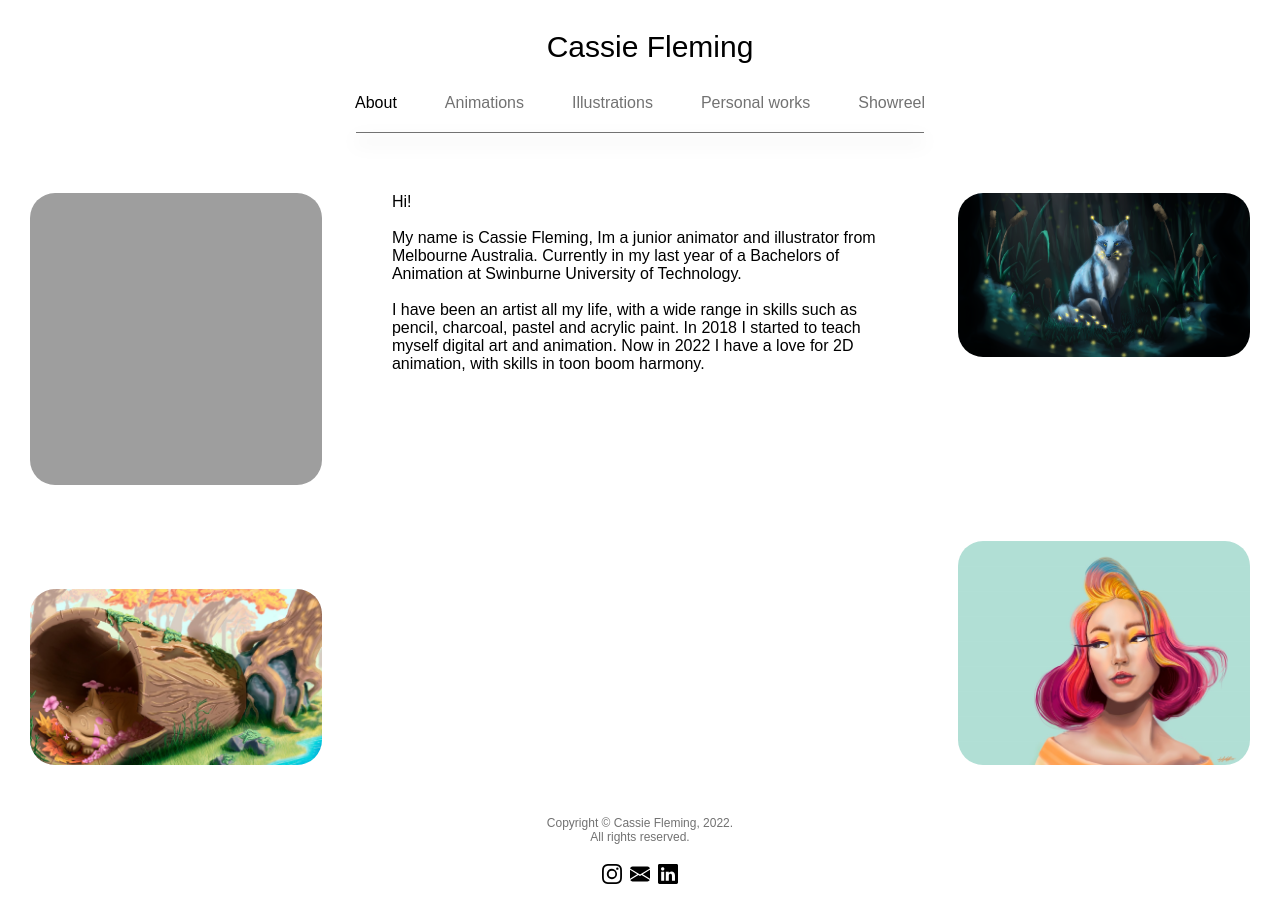
Repository: David-Waite/Cassie-Fleming-portfolio
Page: /
These files come from the project's save history. The page is drawn as it stood at one moment and after the next save; the edit follows.
The browser window is 1280 px wide. The pictures show the whole page.
Pictures or frames that could not be fetched are drawn as grey boxes. Some web fonts or font styles are not loaded; a fallback is used. The project was rebuilt for these pictures with package versions that can differ from the ones it lists, and the page was loaded fresh each time. The framework's server and built-in components were replaced by stand-ins that run in the browser. Also part of the build but not shown: next.config.js.

Above is the page before, as saved 2022-09-13 11:23:05.

### pages/index.js
import Head from "next/head";
import Image from "next/image";
import styles from "../styles/Home.module.css";

export default function Home() {
  return (
    <div className={styles.layout}>
      <div className={`${styles.photoContainer} ${styles.photoContainerLeft}`}>
        <div>
          <Image
            className={styles.photo}
            src="/Cassie.png"
            height={3024}
            width={3024}
            alt="Photo of me, Cassie Fleming"
          />
        </div>
        <div className={styles.photo}>
          <Image
            className={styles.photo}
            src="/cherry blossom.2.jpg"
            height={725}
            width={1200}
            alt="Cherry Blossom covered fox, taking a nap in a hollowed tree log, by the river"
          />
        </div>
      </div>

      <div className={styles.aboutText}>
        Hi!
        <br />
        <br />
        My name is Cassie Fleming, Im a junior animator and illustrator from
        Melbourne Australia. Currently in my last year of a Bachelors of
        Animation at Swinburne University of Technology.
        <br />
        <br /> I have been an artist all my life, with a wide range in skills
        such as pencil, charcoal, pastel and acrylic paint. In 2018 I started to
        teach myself digital art and animation. Now in 2022 I have a love for 2D
        animation, with skills in toon boom harmony.
      </div>
      <div className={styles.photoContainer}>
        <div className={styles.photo}>
          <Image
            className={styles.photo}
            src="/fox.png"
            height={1080}
            width={1920}
            alt="glowing fox"
          />
        </div>
        <div className={styles.photo}>
          <Image
            className={styles.photo}
            src="/Inkedhuman.jpg"
            height={930}
            width={1211}
            alt="girl with cool hair a swaggie eyes"
          />
        </div>
      </div>
    </div>
  );
}

### components/Layout.js
import Link from "next/link";
import { useRouter } from "next/router";
import React, { useState } from "react";
import { Instagram, Linkedin, EnvelopeFill } from "react-bootstrap-icons";

export default function Layout({ children }) {
  const [navClass, setNavClass] = useState("");
  const [copiedEmail, setCopiedEmail] = useState("email-popup");
  const router = useRouter();
  const currentRoute = router.pathname;

  function toggleNav() {
    setNavClass((navClass) => {
      return navClass === "change" ? "" : "change";
    });
  }

  function newPage() {
    setNavClass("");
  }

  function copyEmail() {
    navigator.clipboard.writeText("cassie.fleming2000@gmail.com");
    setTimeout(() => {
      setCopiedEmail("email-popup");
    }, [1000]);

    setCopiedEmail("copied");
  }

  return (
    <div className={`layout ${navClass}`}>
      <header className="header">
        <h1>
          <Link href="/">
            <a>Cassie Fleming</a>
          </Link>
        </h1>

        <div className="navbar-icon" onClick={toggleNav}>
          <div className="bar1"></div>
          <div className="bar2"></div>
          <div className="bar3"></div>
        </div>

        <nav>
          <Link href="/">
            <a
              onClick={newPage}
              className={currentRoute === "/" ? "active" : ""}
            >
              About
            </a>
          </Link>
          <Link href="/animations">
            <a
              onClick={newPage}
              className={currentRoute === "/animations" ? "active" : ""}
            >
              Animations
            </a>
          </Link>
          <Link href="/illustrations">
            <a
              onClick={newPage}
              className={currentRoute === "/illustrations" ? "active" : ""}
            >
              Illustrations
            </a>
          </Link>
          <Link href="/personal-works">
            <a
              onClick={newPage}
              className={currentRoute === "/personalWorks" ? "active" : ""}
            >
              Personal works
            </a>
          </Link>
          <Link href="/showreel">
            <a
              onClick={newPage}
              className={currentRoute === "/showreel" ? "active" : ""}
            >
              Showreel
            </a>
          </Link>
        </nav>
      </header>
      <div className="navbar-line"></div>
      <h2 className="currentPage">
        {currentRoute === "/illustrations"
          ? "Illustrations"
          : currentRoute === "/"
          ? "About"
          : currentRoute === "/animations"
          ? "Animations"
          : currentRoute === "/showreel"
          ? "Showreel"
          : currentRoute === "/personal-work"
          ? "Personal works"
          : ""}
      </h2>

      {children}
      <footer>
        <span className={copiedEmail}>Email copied</span>
        <p className="copyright">Copyright &copy; Cassie Fleming, 2022.</p>
        <p className="copyright">All rights reserved.</p>
        <div className="social">
          <span>
            <Link href="https://www.instagram.com/cass_illustrations/">
              <a target="_blank">
                <Instagram />
              </a>
            </Link>
          </span>
          <div className="email" onClick={copyEmail}>
            <EnvelopeFill />
          </div>
          <span>
            <Link href="http://www.linkedin.com/in/cassie-fleming-500a56204">
              <a target="_blank">
                <Linkedin />
              </a>
            </Link>
          </span>
        </div>
      </footer>
    </div>
  );
}

### styles/globals.css
@import url("https://fonts.googleapis.com/css2?family=Zen+Maru+Gothic:wght@300;400;500;700&display=swap");

* {
  font-family: "Zen Maru Gothic", sans-serif;
  box-sizing: border-box;
  margin: 0;
  padding: 0;
}

.layout {
  margin: 30px 30px 0;
  display: flex;
  flex-direction: column;
  align-items: center;
  position: relative;
  min-height: calc(100vh - 30px);

  padding-bottom: 140px;
  text-align: center;
}

h1 {
  font-weight: 400;
  font-size: 30px;
  margin-bottom: 30px;
  margin-left: 20px;
}

a:hover {
  color: black;
}

a {
  text-decoration: none;
  color: black;
}
.hover {
  color: red;
}

.active {
  color: black;
}

nav a {
  color: #727272;
  margin: 24px;
  font-size: 16px;
}
.navbar-line {
  width: 568px;
  height: 1px;
  background-color: #727272;
  box-shadow: rgba(0, 0, 0, 0.35) 0px 9px 17px;
  margin: 20px 0 60px;
}
.currentPage {
  display: none;
}
footer {
  width: calc(100vw - 40px);
  position: absolute;
  bottom: 0px;
  font-size: 12px;
  color: #727272;
}
/* navBar icon */
.navbar-icon {
  display: none;
  cursor: pointer;
  margin-right: 20px;
}

.bar1,
.bar2,
.bar3 {
  width: 20px;
  height: 3px;
  background-color: #727272;
  margin: 4px 0;
  transition: 0.4s;
  border-radius: 5px;
}

.change .bar1 {
  transform: translate(0, 7px) rotate(-45deg);
}

.change .bar2 {
  opacity: 0;
}

.change .bar3 {
  transform: translate(0, -7px) rotate(45deg);
}

.social {
  width: calc(100vw - 40px);
  display: flex;
  justify-content: center;
  padding: 20px;
}
.copyright {
  width: calc(100vw - 40px);
  margin: 0;
  padding: 0;
}
.social span {
  color: black;
  margin: 0 8px;
  cursor: pointer;
  font-size: 20px;
}

.email {
  cursor: pointer;
  position: relative;
  font-size: 20px;
  color: black;
  z-index: 2;
}
.email-popup {
  transition: 0.5s;
  height: auto;
  position: absolute;
  font-size: 8px;
  font-weight: 400;
  width: 63px;
  left: 58px;
  top: 48.5px;
  background-color: transparent;
  color: transparent;
  border-radius: 5px;
  z-index: 1;
}

.email-popup::after {
  position: absolute;
  content: "";
  z-index: 2;
  top: 11px;
  left: 28px;
  color: transparent;
  transition: 0s;
  border-left: 4px solid transparent;
  border-right: 4px solid transparent;
  border-top: 4px solid transparent;
  z-index: 0;
}
.copied {
  transition: 0.5s;
  height: auto;
  position: absolute;
  font-size: 8px;
  font-weight: 400;
  width: 63px;
  left: 58px;
  top: 42.5px;
  padding: 0 0 2px 0;
  background-color: blue;
  color: #ffffff;
  border-radius: 5px;
  z-index: 1;
}

.copied::after {
  position: absolute;
  content: "";
  z-index: 2;
  top: 13px;
  left: 28px;
  color: transparent;
  border-left: 4px solid transparent;
  border-right: 4px solid transparent;
  border-top: 4px solid blue;
}

@media (max-width: 810px) {
  .layout {
    margin: 20px 20px 0;
    max-width: 100vw;
  }
  header {
    position: relative;
    display: flex;
    align-items: center;
    justify-content: space-between;
    width: 100vw;
  }
  .navbar-icon {
    display: inline-block;
  }
  h1 {
    font-size: 20px;
    margin-bottom: 0;
  }

  nav {
    position: absolute;
    top: 50px;
    display: flex;
    flex-direction: column;
    width: 100vw;
    height: 0px;
    transition: 0.5s;
    z-index: 1;
    background-color: white;
    overflow: hidden;
  }
  nav a {
    display: flex;
    justify-content: center;
    align-items: center;
    margin: 0;
    height: 50px;
  }
  .change nav {
    height: 100vh;
  }
  a:hover {
    background-color: #c4c3c3;
  }

  .navbar-line {
    width: 100vw;
    margin-bottom: 10px;
  }

  .currentPage {
    display: inline;
    margin: 10px 0 20px;
    padding-left: 20px;
    font-weight: 400;
    color: #727272;
    font-size: 16px;
    text-align: left;
    width: 100vw;
  }
  .change .layout {
    margin-top: 20px;
  }
}

p {
  margin: 20px 0;
}
@media (max-width: 1000px) {
}
hr {
  margin: 20px 0 40px;
}

### styles/Home.module.css
.layout {
  display: grid;
  grid-template-columns: 1fr 1.7fr 1fr;
  max-width: 1250px;
  gap: 70px;
}

.aboutText {
  min-width: 300px;
  max-width: 600px;
  text-align: start;
}

.photoContainer {
  display: flex;
  flex-direction: column;
  justify-content: space-between;
  min-width: 200px;
  gap: 100px;
}

.photo {
  border-radius: 25px;
}
.profile {
  display: none;
}

@media (max-width: 1000px) {
  .layout {
    gap: 20px;
  }
}
@media (max-width: 810px) {
  .layout {
    display: inline;
  }
  .photo {
    display: none;
  }
  .photoContainerLeft {
    margin: 0 auto 30px;
    max-width: 400px;
  }
  .aboutText {
    max-width: 400px;
  }
}

Loaded but not shown: pages/_app.js (common file)

After the next save:
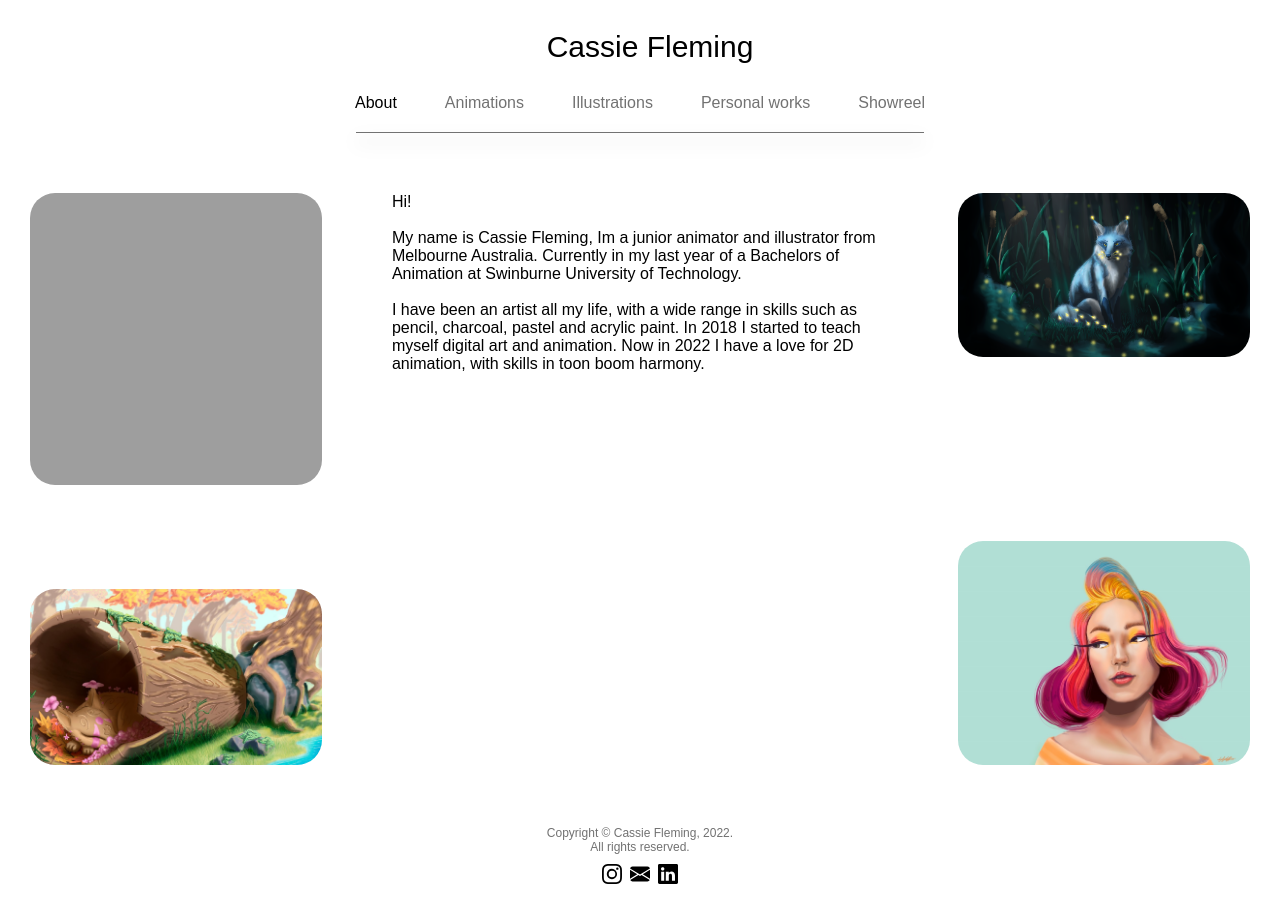
Saved 27 s later.
--- a/styles/globals.css
+++ b/styles/globals.css
@@ -98,7 +98,7 @@ footer {
   width: calc(100vw - 40px);
   display: flex;
   justify-content: center;
-  padding: 20px;
+  padding: 10px 0 20px;
 }
 .copyright {
   width: calc(100vw - 40px);
